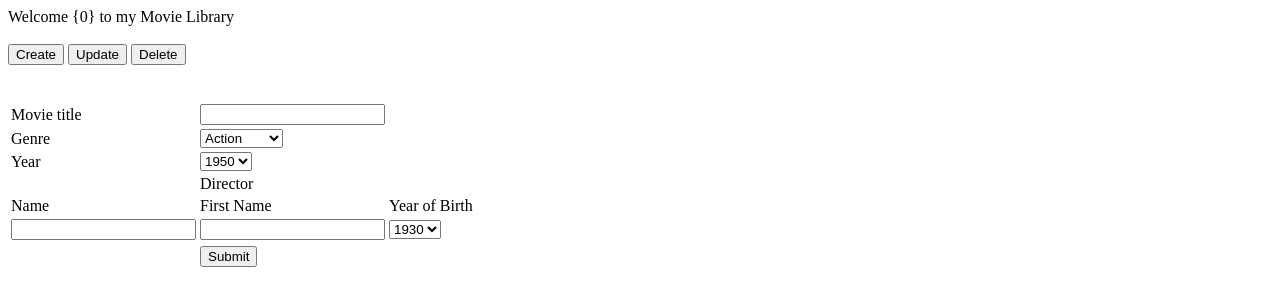
Repository: Romanetvin/InteractMovieLibrary
Page: http://localhost/Interact/views/home.jsp
An editor plug-in stored every save of this project. The page is shown before and after the next save, followed by the edit.
The browser window is 1280 px wide. The pictures show the whole page.
The page is served by Tomcat 9. Other server files are loaded and not shown.

Above is the page before, as saved 2017-02-01 14:27:04.

### Interact/src/main/webapp/views/home.jsp
<%@ page language="java" contentType="text/html; charset=UTF-8" isELIgnored="false"
    pageEncoding="UTF-8"%>
<%@taglib uri="http://www.springframework.org/tags" prefix="spring"%>
<!DOCTYPE html PUBLIC "-//W3C//DTD HTML 4.01 Transitional//EN" "http://www.w3.org/TR/html4/loose.dtd">
<html>
<head>
<meta http-equiv="Content-Type" content="text/html; charset=UTF-8">
<title><spring:message code="homePage.title"/></title>
</head>
<body>
	<spring:message code="homePage.label.welcome" arguments="${user}"/>

	<br>
	<br>


	<a ref="#movieForm"><button><spring:message code="homePage.label.create"></spring:message></button></a>

	<a ref="/movie/update"><button><spring:message code="homePage.label.update"></spring:message></button></a>

	<a ref="/movie/delete"><button><spring:message code="homePage.label.delete"></spring:message></button></a>

	<br>
	<br>
	<br>




	<form action="/movie/add" id="movieForm">
		<table border="0">
			<tr>
				<td>Movie title</td>
				<td><input type="text"/></td>
			</tr>
			<tr>
				<td>Genre </td>
				<td><select>
					<option>Action</option>
					<option>Adventure</option>
					<option>Comedy</option>
					<option>Crime</option>
					<option>Drama</option>
					<option>SciFi</option>
					<option>Western</option>
				</select></td>
				</tr>
				<tr>
					<td>Year</td>
					<td>
						<select>
					<%for(int i = 1950; i<2018;i++){ %>
						<option name="year" value="<%=i%>"><%=i%></option>
					<%} %>
						</select>
					</td>
				</tr>
				<tr>
					<td></td><td> Director</td>
				</tr>
				<tr>
					<td>Name</td><td>First Name</td><td>Year of Birth</td>
				</tr>
				<tr>
					<td><input type="text" name="directorName"></td><td><input type="text" name="directorFN"></td><td><select>
					<%for(int i = 1930; i<2001;i++){ %>
						<option name="directorYoB" value="<%=i%>"><%=i%></option>
					<%} %>
						</select></td>
				</tr>
				<tr></tr>
				<tr><td></td><td><input type="submit" name="movieForm"</td></tr>

			</table>

	</form>
</body>
</html>

After the next save:
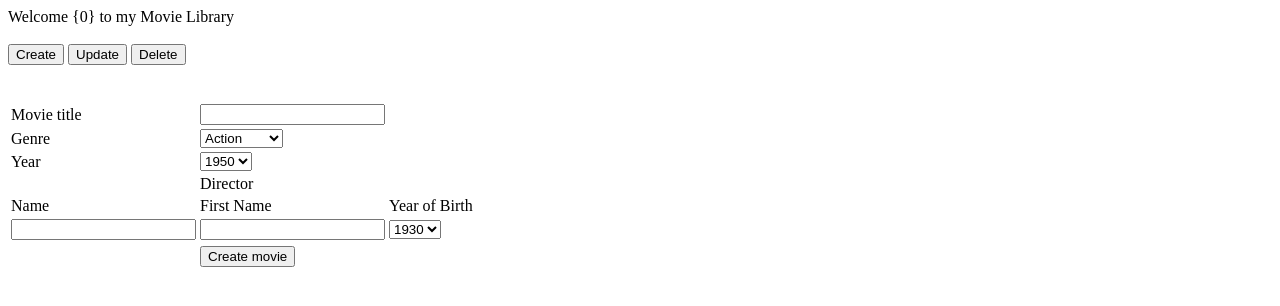
Saved 24 s later.
--- a/Interact/src/main/webapp/views/home.jsp
+++ b/Interact/src/main/webapp/views/home.jsp
@@ -69,7 +69,7 @@
 						</select></td>
 				</tr>
 				<tr></tr>
-				<tr><td></td><td><input type="submit" name="movieForm"</td></tr>
+				<tr><td></td><td><input type="submit" name="movieForm"value="Create movie"></td></tr>
 
 			</table>
 
